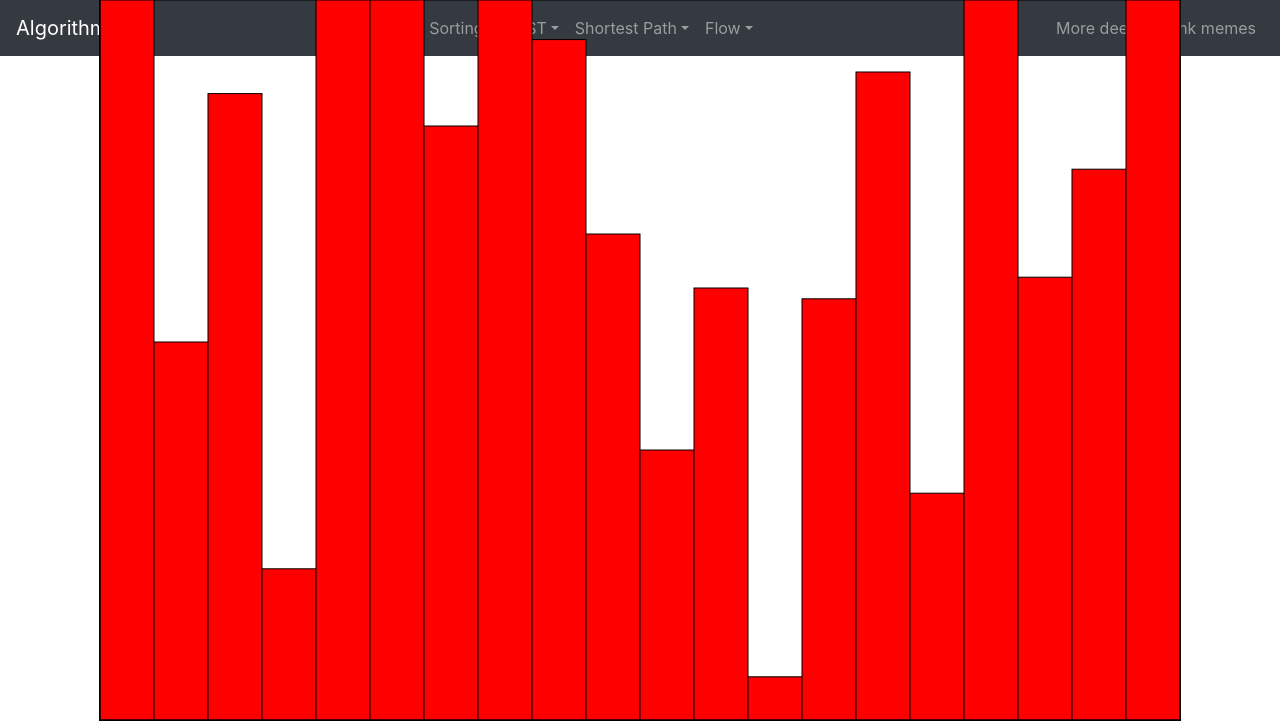
Repository: dkasima1/Algorithm-Visualizations
Page: /
These files come from the project's save history. The page is drawn as it stood at one moment and after the next save; the edit follows.
The browser window is 1280 px wide. The pictures show the whole page.
The project was rebuilt for these pictures with package versions that can differ from the ones it lists, and the page was loaded fresh each time. Also part of the build but not shown: src/components/Sorting/Bubble_Sort.js.

Above is the page before, as saved 2020-06-29 23:46:41.

After the next save:
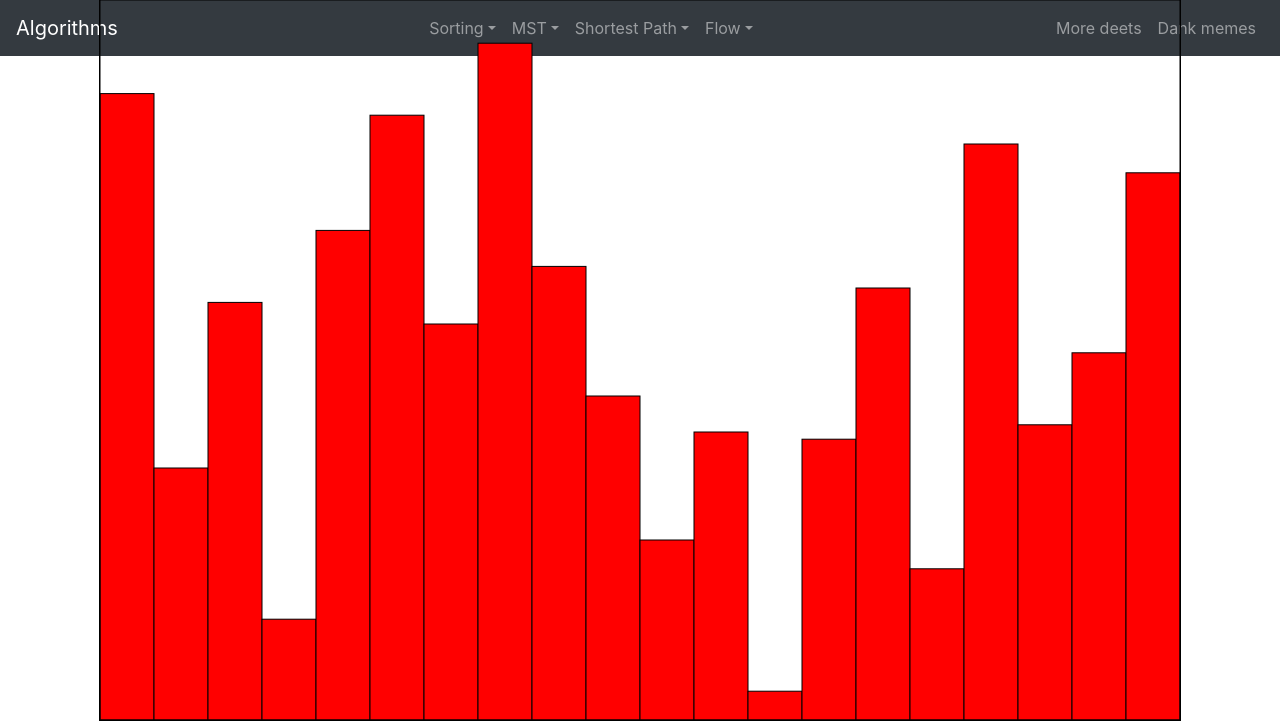
Saved 47 s later.
--- a/src/components/Graph/BarGraph.js
+++ b/src/components/Graph/BarGraph.js
@@ -32,7 +32,7 @@ class Canvas extends React.Component {
         ctx.strokeStyle ="black"
 
         for (let i = 0; i < arr.length; i++) {
-            let height = arr[i] * (canvas.width/100);
+            let height = arr[i] * (canvas.height/100);
             ctx.fillRect(posX, canvas.height - height, width, height);
             ctx.strokeRect(posX, canvas.height - height, width, height);
             posX += 54;
